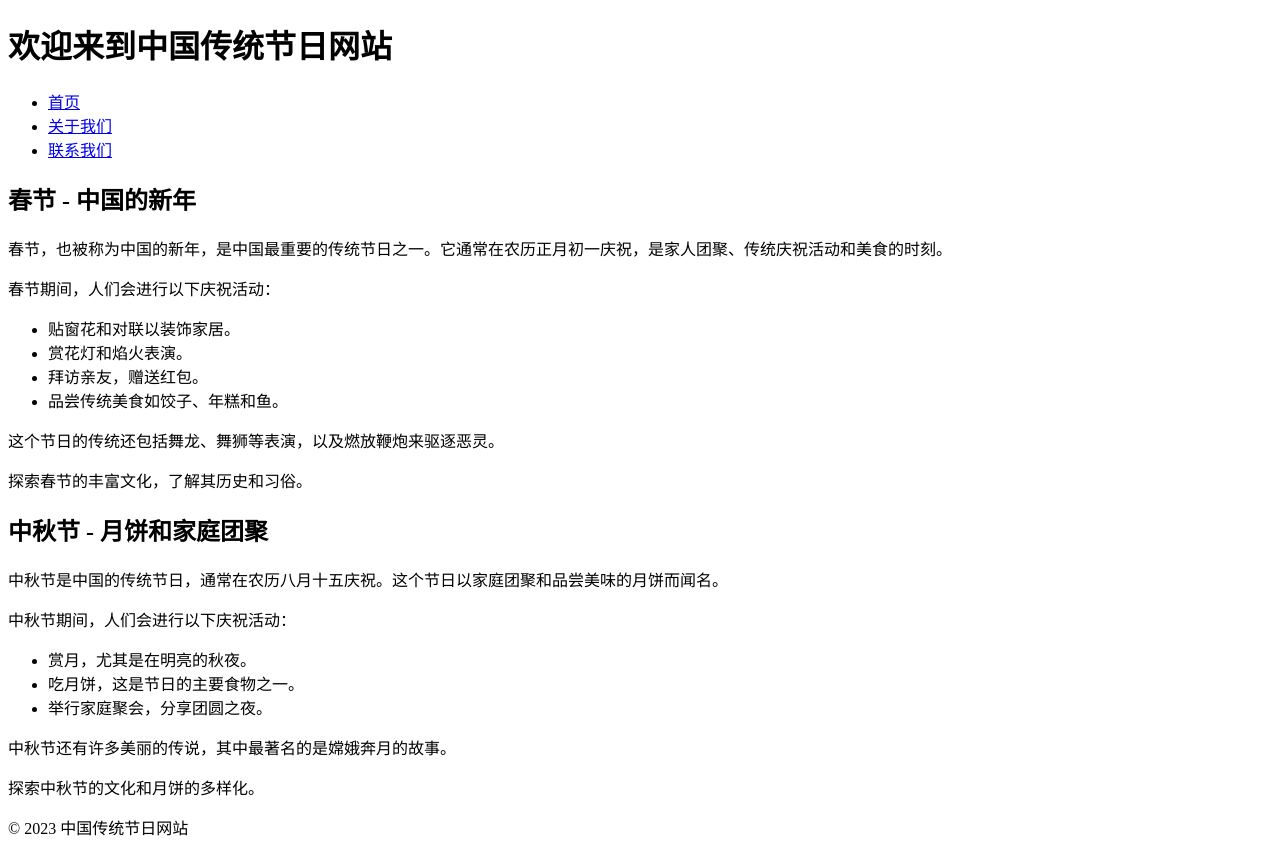
Repository: XueJie1/computer-operation-basics
Page: index.html
These files come from the project's save history. The page is drawn as it stood at one moment and after the next save; the edit follows.
The browser window is 1280 px wide. The pictures show the whole page.

Above is the page before, as saved 2023-08-30 14:10:30.

After the next save:
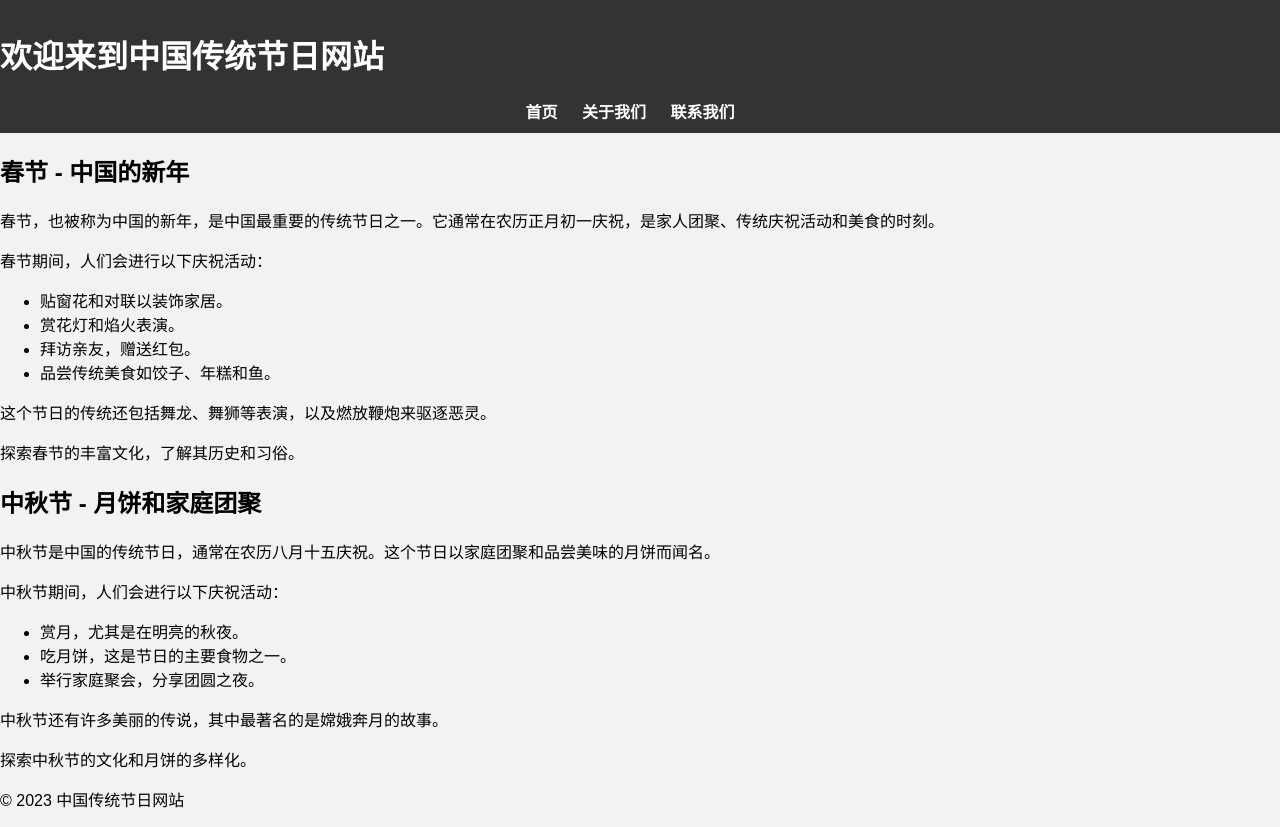
Saved 33 s later.
--- a/styles.css
+++ b/styles.css
@@ -2,3 +2,40 @@ embed {
     width: 100%;
     scrollbar-width: none;
 }
+
+body {
+    font-family: Arial, sans-serif;
+    margin: 0;
+    padding: 0;
+    background-color: #f2f2f2;
+}
+
+/* 样式化导航菜单 */
+header {
+    background-color: #333;
+    color: #fff;
+    padding: 10px 0;
+}
+
+nav ul {
+    list-style-type: none;
+    margin: 0;
+    padding: 0;
+    text-align: center;
+}
+
+nav ul li {
+    display: inline;
+    margin-right: 20px;
+}
+
+nav ul li a {
+    text-decoration: none;
+    color: #fff;
+    font-weight: bold;
+    font-size: 16px;
+}
+
+nav ul li a:hover {
+    color: #ff9900; /* 鼠标悬停时的颜色 */
+}
